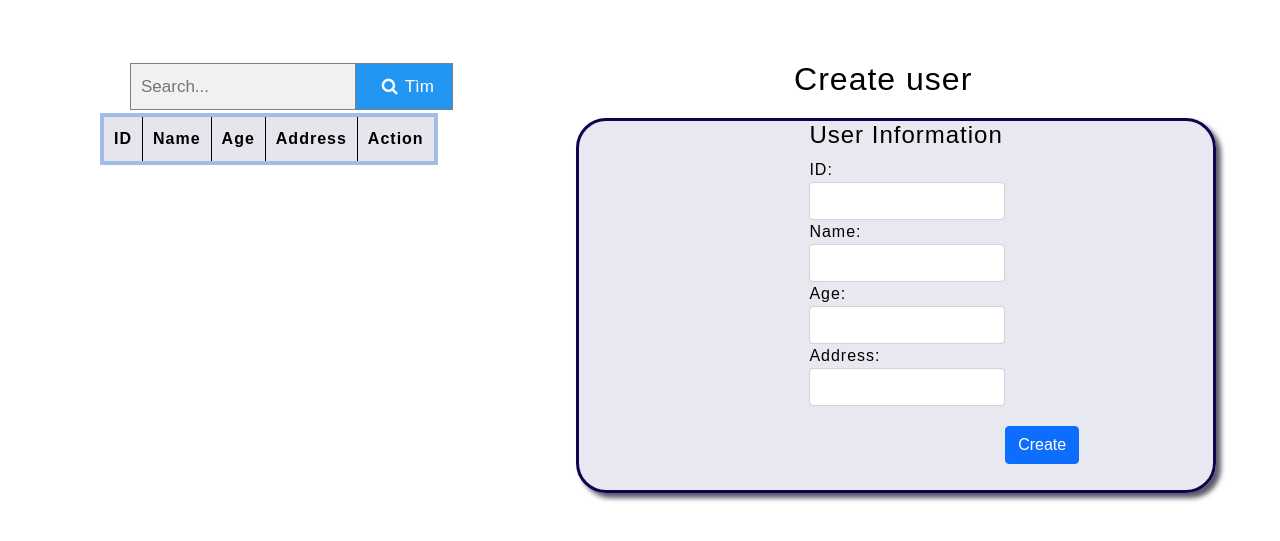
Repository: minhtuan16/JS-Basic
Page: CRUD-Department/userrr.html
These files come from the project's save history. The page is drawn as it stood at one moment and after the next save; the edit follows.
The browser window is 1280 px wide. The pictures show the whole page.

Above is the page before, as saved 2022-06-10 16:23:07.

### CRUD-Department/userrr.html
<!DOCTYPE html>
<html lang="en">
<head>
    <meta charset="UTF-8">
    <meta http-equiv="X-UA-Compatible" content="IE=edge">
    <meta name="viewport" content="width=device-width, initial-scale=1.0">
    <link rel="stylesheet" href="https://cdnjs.cloudflare.com/ajax/libs/font-awesome/4.7.0/css/font-awesome.min.css">
    <link href="https://cdn.jsdelivr.net/npm/bootstrap@5.1.3/dist/css/bootstrap.min.css" rel="stylesheet" integrity="sha384-1BmE4kWBq78iYhFldvKuhfTAU6auU8tT94WrHftjDbrCEXSU1oBoqyl2QvZ6jIW3" crossorigin="anonymous">
    <link rel="stylesheet" href="styles/style.css">
    <link rel="stylesheet" href="styles/search.css">
    <title>Department</title>
</head>
<body>

    <h2>Create user</h2>
    <!--create a form with the following fiels,email, password, first name, last name, age, address, phone, payment, color-->


    <form id="registerForm" class="container">
        <h4>User Information</h4>
        <div class="control">
            <label>ID:</label>
            <input class="form-control" id="id" type="text" value="" />
        </div>

        <div class="control">
            <label>Name:</label>
            <input class="form-control" id="name" type="text" value="" />
        </div>
        <div class="control">
            <label>Age:</label>
            <input class="form-control" id="age" type="text" value="" />
        </div>
        <div class="control">
            <label>Address:</label>
            <input class="form-control" id="address" type="text" value="" />
        </div>

        <button type="button" class="btn btn-primary" id="btnSave" onclick="create()">Create</button>

        <button type="button" class="btn btn-primary" id="btnUpdate" onclick="update()" style="display: none;">Save</button>
    </form>

    <div class="search-container">
        <form >
            <input type="text" placeholder="Search..." id="inputt" value="">
            <button type="button" id="searchh" onclick="search()" ><i class="fa fa-search" style="width: 30px;"></i>Tìm</button>
        </form>
    </div>

    <table border="1px">

        <tr>
            <td>ID</td>
            <td>Name</td>
            <td>Age</td>
            <td>Address</td>
            <td>Action</td>
        </tr>

        <tbody id="tableBody">

        </tbody>
    </table>
    <script src="scripts/create.js"></script>
</body>
</html>

### CRUD-Department/styles/style.css
/* Global */
.control{
    width: 50%;
}
.error{
    border: 2px solid red;
}
html{
    font-family: Verdana, Geneva, Tahoma, sans-serif;
    letter-spacing: 1px;
}
h2{
    text-align: center;
}
body{
    /* background-color: #141E61; */
    color: #000000;
}
/* Nav */
a {
    display: inline-block;
    text-decoration: none;
    color: black;
    padding: 5px;
    background-color: #9498a3;
    vertical-align: middle;
    -webkit-transform: perspective(1px) translateZ(0);
    transform: perspective(1px) translateZ(0);
    box-shadow: 0 0 1px rgba(0, 0, 0, 0);
    position: relative;
}

a:before {
    content: '';
    position: absolute;
    border: #e1e1e1 solid 4px;
    top: 0;
    right: 0;
    bottom: 0;
    left: 0;
    -webkit-transition-duration: 0.3s;
    transition-duration: 0.3s;
    -webkit-transition-property: top, right, bottom, left;
    transition-property: top, right, bottom, left;
}

a:hover:before,
a:focus:before,
.a:active:before {
    top: -8px;
    right: -8px;
    bottom: -8px;
    left: -8px;
}

/* Index */
#sign-in {
    border: #0F044C solid 3px;
    background-color: #1225ee34;
    box-shadow: 5px 5px 5px #0F044C;
    padding-left: 20%;
    padding-bottom: 20%;
    width: 20rem;
    margin-left: 20%;
    border-radius: 30px;
}

/* Register */
.nav-btn {
    margin-left: 20px;
    margin-top: 20px
}

h2 {
    margin-left: 38%;
    margin-top: 60px;
}

#registerForm {
    border: #0F044C solid 3px;
    background-color: #8f92b434;
    box-shadow: 5px 5px 5px #5c5a68;
    padding-left: 18%;
    padding-bottom: 2%;
    width: 50%;
    margin-left: 45%;
    border-radius: 30px;
    margin-top: 20px;
}

#btnSave {
    margin-left: 50%;
    margin-top: 20px;
}

#btnShow {
    margin-left: -80%;
    margin-top: 20px;
}

#btnUpdate {
    margin-left: 50%;
    margin-top: 20px;
}

/* Users */
table {
    border: #a0bce7 4px solid;
    background-color: #8184a734;
    /* margin-top: 50px;
    margin-left: 500px; */
    margin-top: -380px;
    margin-left: 100px;
}

/* h1 {
    margin-top: -450px;
} */
table form input {
    margin-left: 100px;
}

table td {
    border: #000000 1px solid;
    text-align: center;
    font-weight: 900;
    padding: 10px;
}

td {
    font-weight: 100;
    border: #e1e1e1 solid 1px;
    padding: 5px;
}

### CRUD-Department/styles/search.css
* {box-sizing: border-box;}

body {
  margin: 0;
  font-family: Arial, Helvetica, sans-serif;
}

.search-container {
    float: left;
}
.search-container input[type=text] {
    padding: 10px;
    font-size: 17px;
    border: 1px solid grey;
    float: left;
    width: 70%;
    background: #f1f1f1;
}

.search-container button {
    float: left;
    width: 30%;
    padding: 10px;
    background: #2196F3;
    color: white;
    font-size: 17px;
    border: 1px solid grey;
    border-left: none;
    cursor: pointer;
}

.topnav .search-container button:hover {
  background: #ccc;
}

@media screen and (max-width: 600px) {
  .topnav .search-container {
    float: none;
  }
  .topnav a, .topnav input[type=text], .topnav .search-container button {
    float: none;
    display: block;
    text-align: left;
    width: 100%;
    margin: 0;
    padding: 14px;
  }
  .topnav input[type=text] {
    border: 1px solid #ccc;
  }
}

.search-container {
    margin-left: 130px;
    margin-top: -430px;
}

### CRUD-Department/scripts/create.js

var data = [
    {id: 1, name: "xyz1", age: 18, address: "hn"},
    {id: 2, name: "xyz2", age: 20, address: "hn"},
    {id: 3, name: "xyz3", age: 21, address: "hn"}
]

function drawTable(person) {
    var table = document.createElement("table");
    var tr = document.createElement("tr");
    var tdid = document.createElement("td");
    var tdName = document.createElement("td");
    var tdAge = document.createElement("td");
    var tdAddress = document.createElement("td");
    var tdOption = document.createElement("td");

    var editBtn = document.createElement("button");
    var deleteBtn = document.createElement("button");

    editBtn.innerText = 'Edit';
    deleteBtn.innerText = 'Delete';

    tdOption.appendChild(editBtn);
    tdOption.appendChild(deleteBtn);

    //bat su kien edit
    editBtn.onclick = function() {
        editPerson(person.id);
    }

    //bat su kien edit
    deleteBtn.onclick = function() {
        deletePerson(person.id);
    }

    tdid.innerHTML = person.id;
    tdName.innerHTML = person.name;
    tdAge.innerHTML = person.age;
    tdAddress.innerHTML = person.address;

    tr.appendChild(tdid);
    tr.appendChild(tdName);
    tr.appendChild(tdAge);
    tr.appendChild(tdAddress);
    tr.appendChild(tdOption)

    var tableBody = document.getElementById("tableBody");
    tableBody.appendChild(tr);
}

function resetDrawTable(persons) {
    var tableBody = document.getElementById("tableBody");
    tableBody.innerHTML = "";

    for (var i = 0; i < persons.length; i++) {
        drawTable(persons[i]);
    }
}

// resetDrawTable(data)
function create() {

    var id = document.getElementById("id").value;
    var name = document.getElementById("name").value;
    var age = document.getElementById("age").value;
    var address = document.getElementById("address").value;

    if (id.length > 0 && name.length > 0 && age.length > 0 && address.length > 0) {
        var p = {id: id, name: name, age: age, address: address};

        data.push(p);

        resetDrawTable(data);

        alert('Create Success');

        document.getElementById("id").value = "";
        document.getElementById("name").value = "";
        document.getElementById("age").value = "";
        document.getElementById("address").value = "";

    } else {
        alert('Dien day du thong tin');
    }
}

function editPerson(id) {
    var index = data.findIndex(x => x.id == id);
    let person = data[index];

    var idIp = document.getElementById("id");
    var nameIp = document.getElementById("name");
    var ageIp = document.getElementById("age");
    var addressIp = document.getElementById("address");

    idIp.value = person.id;
    nameIp.value = person.name;
    ageIp.value = person.age;
    addressIp.value = person.address;

    document.getElementById("btnUpdate").style.display = 'block';
    document.getElementById("btnSave").style.display = 'none';
}

function update() {
    var idIp = document.getElementById("id");
    var nameIp = document.getElementById("name");
    var ageIp = document.getElementById("age");
    var addressIp = document.getElementById("address");

    var id = idIp.value;
    var name = nameIp.value;
    var age = ageIp.value;
    var address = addressIp.value;

    var index = data.findIndex(x => x.id == id);

    if (id.length > 0 && name.length > 0 && age.length > 0 && address.length > 0) {
        data[index] = {id: id, name: name, age: age, address: address};

        resetDrawTable(data);
        alert('Update Success');

        idIp.value = "";
        nameIp.value = "";
        ageIp.value = "";
        addressIp.value = "";

    } else {
        alert('Dien day du thong tin');
    }

    document.getElementById("btnUpdate").style.display = 'none';
    document.getElementById("btnSave").style.display = 'block';
}

function deletePerson(id) {
    var newData = data.filter(x => x.id != id);

    data = newData;

    resetDrawTable(data);
}

function search() {
    var input = document.getElementById("inputt").value;

        if (input.length == null) {

            console.log(data)
            resetDrawTable(data)
        } else if (input.length > 0) {
            var index = data.filter( x => x.name == input );

            data = index;
            // data[index] = {id: id, name: name, age: age, address: address};
            resetDrawTable(data)

        }
}

After the next save:
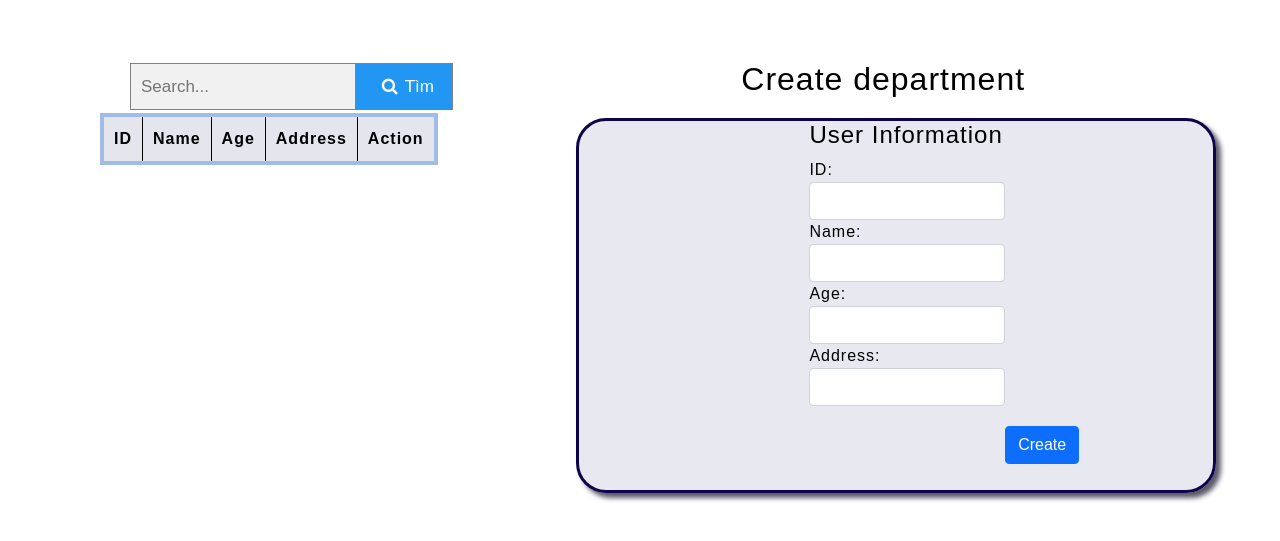
Saved 7 s later.
--- a/CRUD-Department/userrr.html
+++ b/CRUD-Department/userrr.html
@@ -12,7 +12,7 @@
 </head>
 <body>
 
-    <h2>Create user</h2>
+    <h2>Create department</h2>
     <!--create a form with the following fiels,email, password, first name, last name, age, address, phone, payment, color-->
 
 
